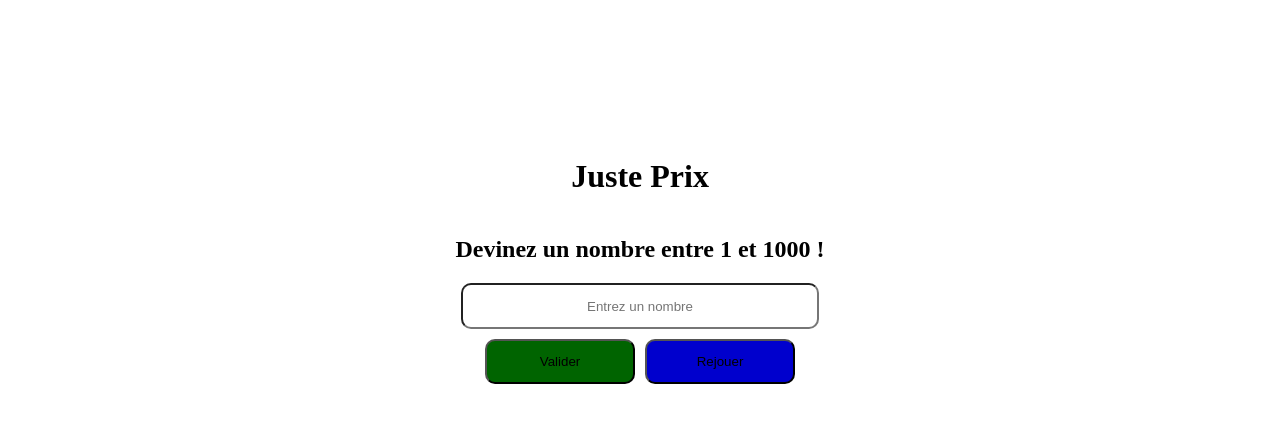
Repository: Coumba25040/coumbaProjet
Page: coursDom/justePrix.html
These files come from the project's save history. The page is drawn as it stood at one moment and after the next save; the edit follows.
The browser window is 1280 px wide. The pictures show the whole page.

Above is the page before, as saved 2025-06-04 18:24:16.

After the next save:
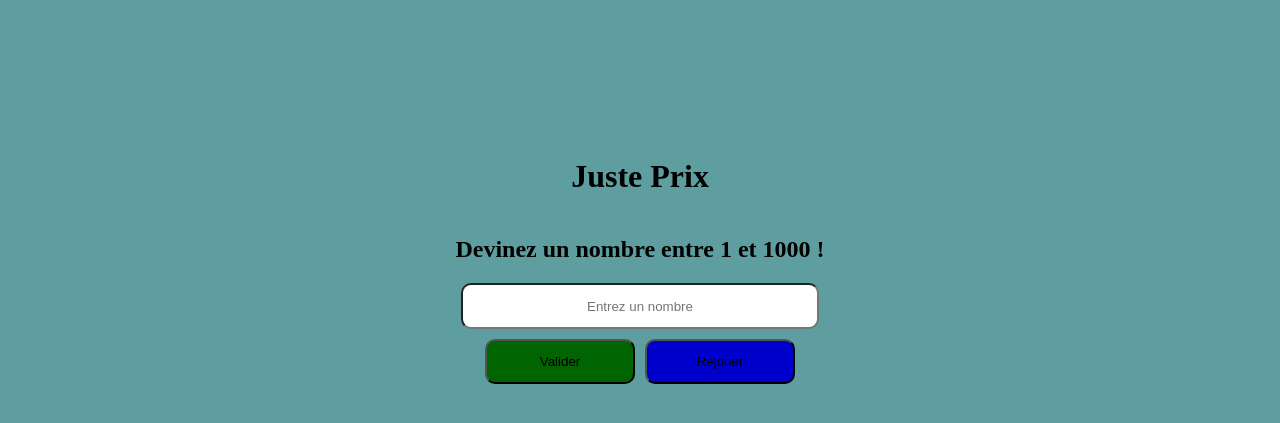
Saved 18 s later.
--- a/coursDom/justePrix.css
+++ b/coursDom/justePrix.css
@@ -3,7 +3,7 @@ body{
    flex-direction: column;
    align-items: center;
    text-align: center;
-   background-color: ;
+   background-color: cadetblue;
 }
 h1{
     margin-top: 150px;
